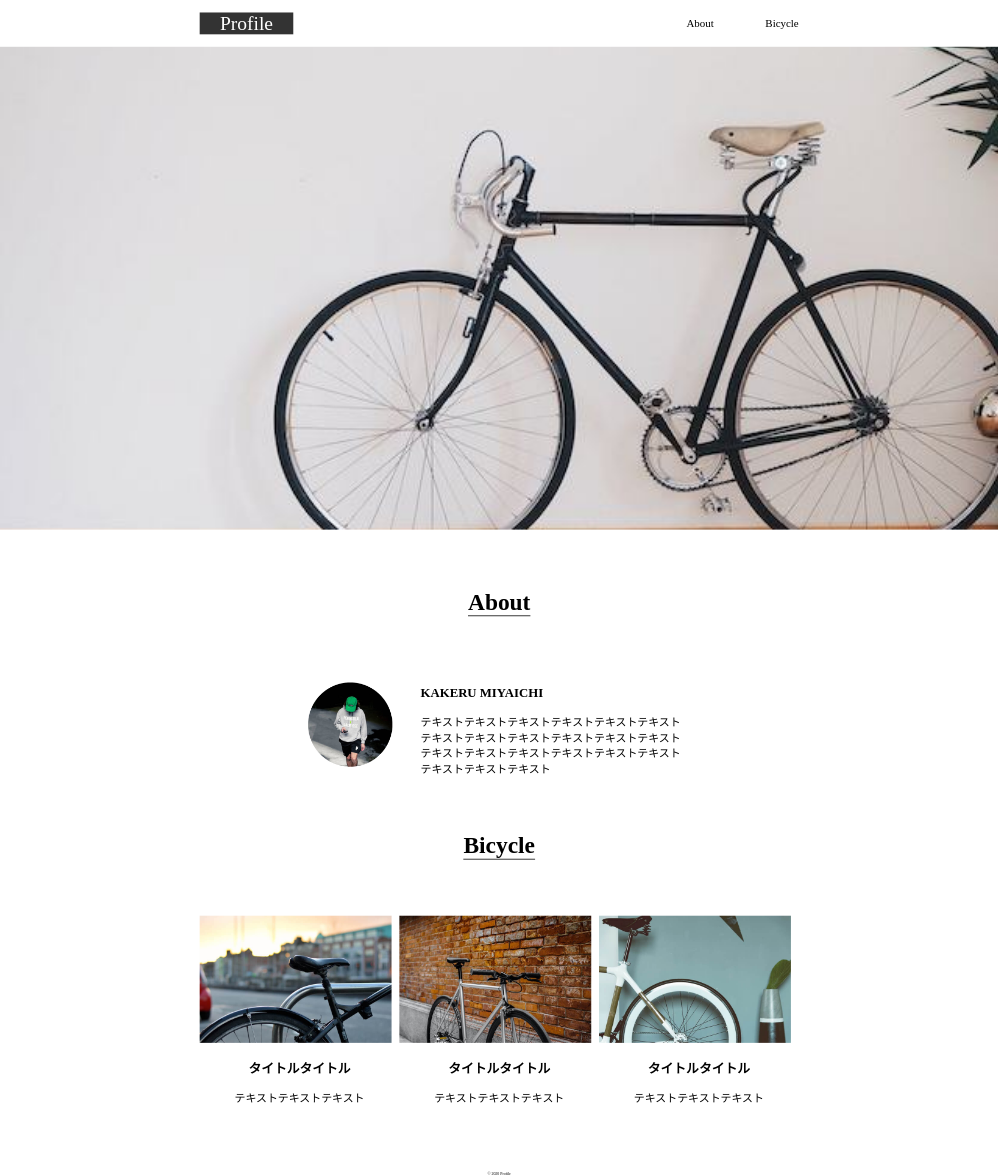
Repository: naoko0513/bike
Page: index.html
The author's editor kept a record of every edit. The page is drawn from the files as they stood at one moment, then again after the next edit.
The browser window is 1280 px wide. The pictures show the whole page, at 78% of full size.

Above is the page before.

### index.html
<!DOCTYPE html>
<html lang="ja">
<head>
    <meta charset="UTF-8">
    <meta name="viewport" content="width=device-width,initial-scale=1">
    <meta http-equiv="X-UA-Compatible" content="ie=edge">
    <title>Document</title>
    <link rel="stylesheet" href="stylesheet.css" type="text/css" />
</head>
<body>
    <!-----------トップ（プロファイルの部分）----------->
    <div id="top">
        <div class="header-container">
            <div class="topimage">
                Profile
            </div>
            <div class="menu">
                <p>About</p>
                <p>Bicycle</p>
            </div>
        </div>
    </div>
    <div class="maineimage">
        <img src="images/mainvisual.jpg" alt="自転車"></img>
    </div>
    <!----------------プロフィール部分---------------->
    <div class="blank"></div>
    <div id="about">
        <h2 class="heading">About</h2>
    </div>
        <div id="container">
            <img src="images/about.png" alt="プロフィール画像"></img>
                <div class="text">
                    <h3>KAKERU MIYAICHI</h3>
                    テキストテキストテキストテキストテキストテキストテキストテキストテキストテキストテキストテキストテキストテキストテキストテキストテキストテキストテキストテキストテキスト
                </div>
        </div>
    <!----------------自転車の写真---------------->
    <div class="blank"></div>
    <div id="bicycle">
        <h2 class="heading">Bicycle</h2>
    </div>
    <div id="box">
        <div class="bicycle-text">
            <img src="images/bicycle1.jpg" alt="自転車１の画像"></img>
                <h3>タイトルタイトル</h3>
                <P>テキストテキストテキスト</p>
        </div>
        <div class="bicycle-text">
            <img src="images/bicycle2.jpg" alt="自転車２の画像"></img>
                <h3>タイトルタイトル</h3>
                <p>テキストテキストテキスト</p>
        </div>
        <div class="bicycle-text">
            <img src="images/bicycle3.jpg" alt="自転車３の画像"></img>
                <h3>タイトルタイトル</h3>
                <p>テキストテキストテキスト</p>
        </div>
    </div>
    <div class="blank"></div>
    <div class="footer">© 2020 Profile</div>
</body>

### stylesheet.css
body {
    margin: 0;
    font-size: 14px;
}

#top {
    height: 60px;
}

.header-container {
    margin: 0 auto;
    height: 100%;
    width: 60%;
    display: flex;
    justify-content: space-between;
    align-items: center;
}

.maineimage img {
    width: 100%;
    height: 86vh;
    object-fit: cover;
}

.topimage {
    width: 120px;
    font-size: 25px;
    display: flex;
    justify-content: center;
    color: #FFF;
    background-color: #333333;
}

.menu{
    justify-content: space-between;
    display: flex;
    align-items: flex-end;
    width: 20vh;

}
.maineimage {
    width: 100%;
}

.blank {
    height: 10vh;
}

#about {
    display: flex;
    align-items: stretch;
    justify-content: center;
    font-size: 20px;
}

.heading {
    margin: 0;
    margin-bottom: 10vh;
    border-bottom: solid 1px;
}


#container {
    margin: 0 auto;
    height: 100%;
    display: flex;
    justify-content: center;
    align-items: center;
    width: 60%;
}

#container img {
    margin-right: 5vh;
    width: 15vh;
}

.text {
    font-size: 14px;
    width: 45%;
}

#bicycle {
    align-items: stretch;
    display: flex;
    justify-content: center;
    font-size: 20px;
}

#box {
    display: flex;
    justify-content: space-around;
    align-items: center;
    margin: auto;
    width: 60%;
    height: 100%;

}

.bicycle-text {
    width: 60%;
}

.bicycle-text img {
    width: 96%;

}

.bicycle-text h3 {
    display: flex;
    justify-content: center;
}

.bicycle-text p{
    display: flex;
    justify-content: center;
}

.footer {
    text-align: center;
    font-size: 5px;
}

@media screen and (max-width:480px){
    .header-container{
        width: 95%;
    }
    .maineimage {
        width: 100%;
    }
    #container {
        width: 90%;
        display: flex;
        flex-direction:column;
    }
    .text {
        width: 100%;
    }
    #box {
        width: 95%;
    }
    .bicycle-text {
        width: 100%;
        font-size: 5px;
    }
}

After the next edit:
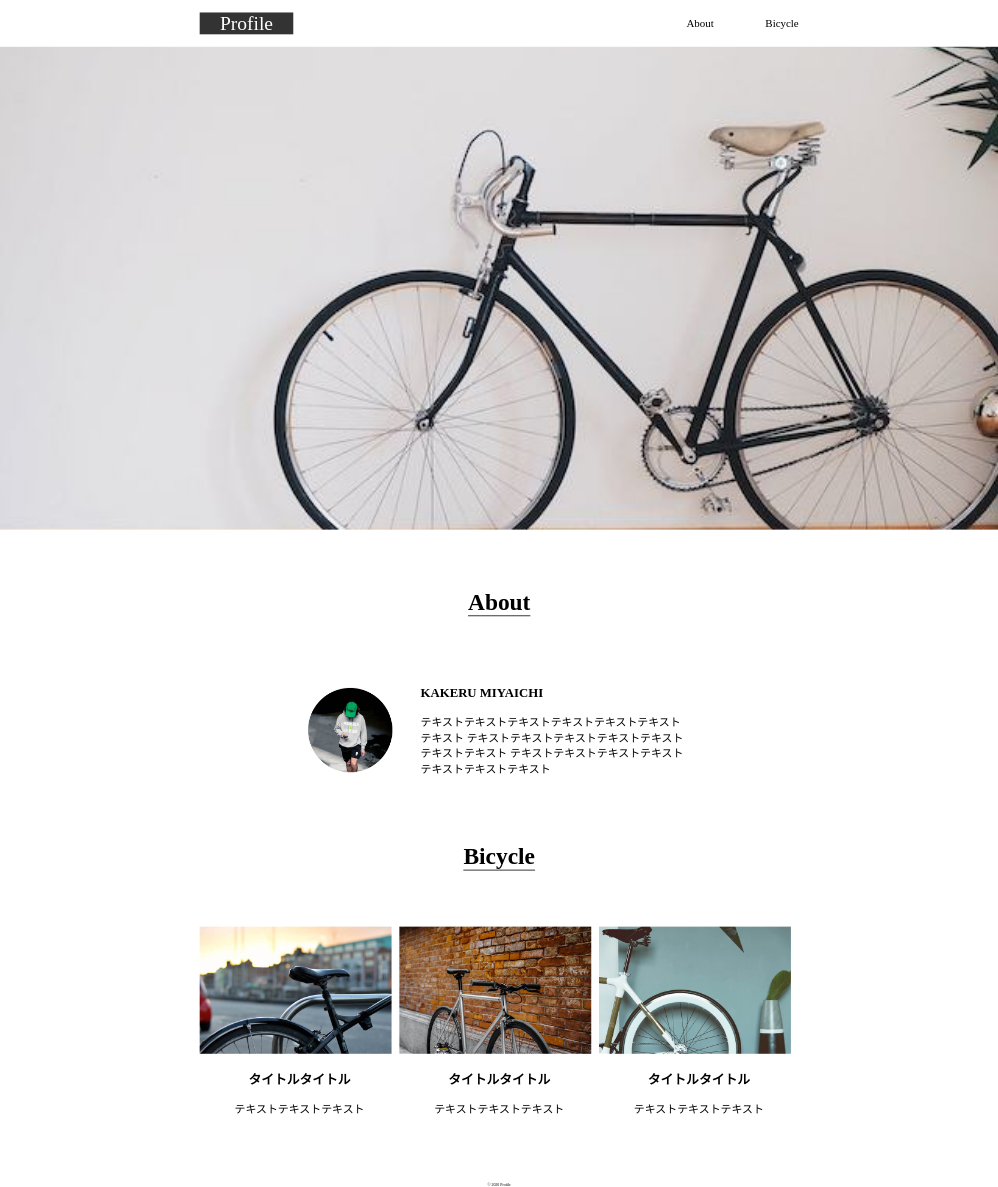
The edit:
--- a/index.html
+++ b/index.html
@@ -32,7 +32,11 @@
             <img src="images/about.png" alt="プロフィール画像"></img>
                 <div class="text">
                     <h3>KAKERU MIYAICHI</h3>
-                    テキストテキストテキストテキストテキストテキストテキストテキストテキストテキストテキストテキストテキストテキストテキストテキストテキストテキストテキストテキストテキスト
+                    <p>
+                        テキストテキストテキストテキストテキストテキストテキスト
+                        テキストテキストテキストテキストテキストテキストテキスト
+                        テキストテキストテキストテキストテキストテキストテキスト
+                    </p>
                 </div>
         </div>
     <!----------------自転車の写真---------------->
